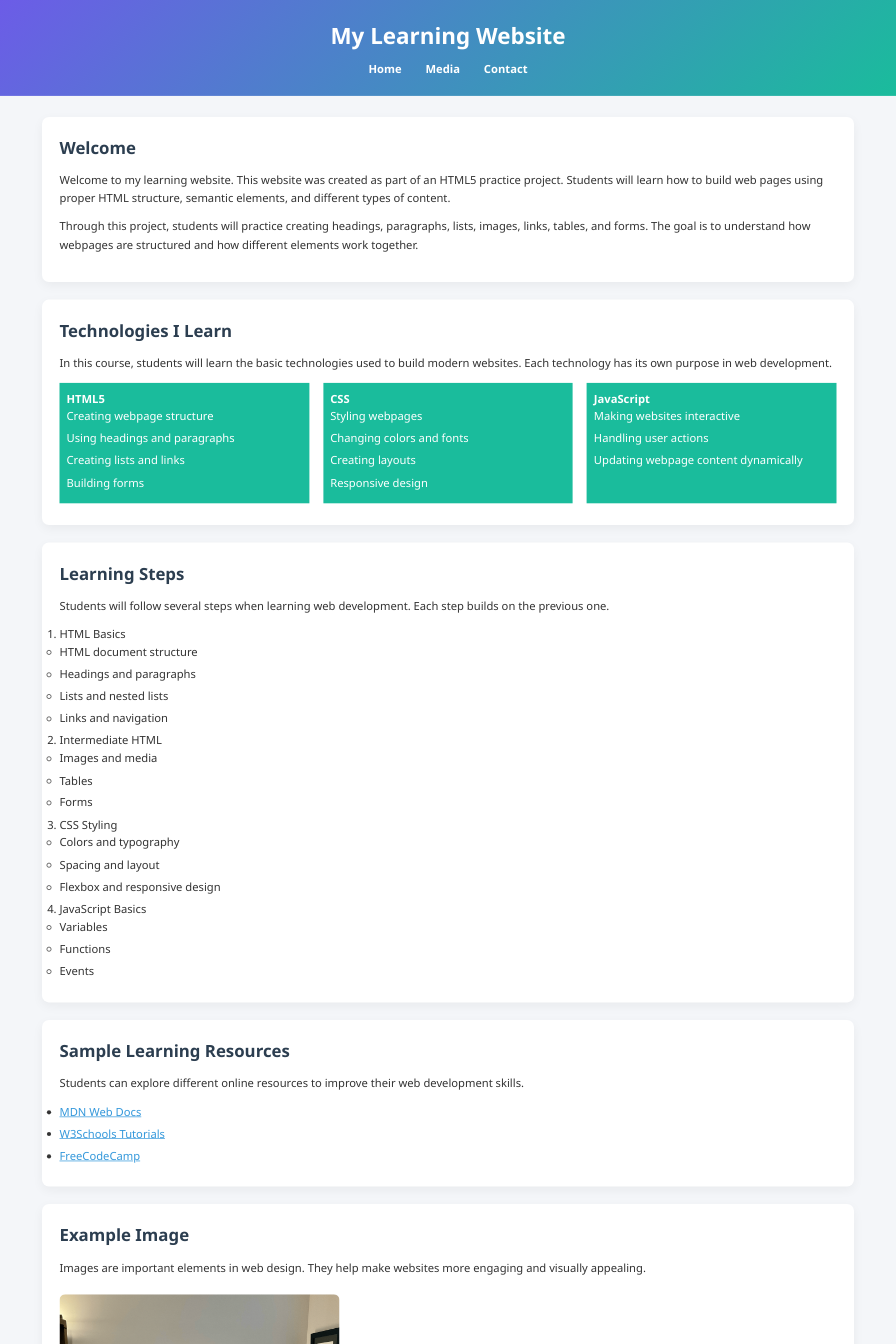
Repository: Than-sothearak/web_client_programing
Page: Week_03/index.html
The author's editor kept a copy of each file at every save. The page is drawn from the files as they stood at one save, then again after the next save.
The browser window is 1280 px wide. The pictures show the part of the page from y = 0 to 1920 px (the page is 2885 px tall), at 70% of full size.

Above is the page before, as saved 2026-03-24 21:20:12.

### Week_03/index.html
<!doctype html>
<html lang="en">
  <head>
    <meta charset="UTF-8" />
    <meta name="viewport" content="width=device-width, initial-scale=1.0" />
    <title>My Learning Website</title>
    <link rel="stylesheet" href="styles.css" />
  </head>

  <body>
    <header>
      <h1>My Learning Website</h1>

      <nav>
        <ul>
          <li><a href="index.html">Home</a></li>
          <li><a href="gallery.html">Media</a></li>
          <li><a href="contact.html">Contact</a></li>
        </ul>
      </nav>
    </header>

    <main>
      <section>
        <article>
          <h2>Welcome</h2>

          <p>
            Welcome to my learning website. This website was created as part of
            an HTML5 practice project. Students will learn how to build web
            pages using proper HTML structure, semantic elements, and different
            types of content.
          </p>

          <p>
            Through this project, students will practice creating headings,
            paragraphs, lists, images, links, tables, and forms. The goal is to
            understand how webpages are structured and how different elements
            work together.
          </p>
        </article>
      </section>

      <section>
        <h2>Technologies I Learn</h2>

        <p>
          In this course, students will learn the basic technologies used to
          build modern websites. Each technology has its own purpose in web
          development.
        </p>

        <ul class="card-container">
          <li class="card">
            <strong>HTML5</strong>
            <ul>
              <li>Creating webpage structure</li>
              <li>Using headings and paragraphs</li>
              <li>Creating lists and links</li>
              <li>Building forms</li>
            </ul>
          </li>

          <li class="card">
            <strong>CSS</strong>
            <ul>
              <li>Styling webpages</li>
              <li>Changing colors and fonts</li>
              <li>Creating layouts</li>
              <li>Responsive design</li>
            </ul>
          </li>

          <li class="card">
            <strong>JavaScript</strong>
            <ul>
              <li>Making websites interactive</li>
              <li>Handling user actions</li>
              <li>Updating webpage content dynamically</li>
            </ul>
          </li>
        </ul>
      </section>

      <section>
        <h2>Learning Steps</h2>

        <p>
          Students will follow several steps when learning web development. Each
          step builds on the previous one.
        </p>

        <ol>
          <li>
            HTML Basics
            <ul>
              <li>HTML document structure</li>
              <li>Headings and paragraphs</li>
              <li>Lists and nested lists</li>
              <li>Links and navigation</li>
            </ul>
          </li>

          <li>
            Intermediate HTML
            <ul>
              <li>Images and media</li>
              <li>Tables</li>
              <li>Forms</li>
            </ul>
          </li>

          <li>
            CSS Styling
            <ul>
              <li>Colors and typography</li>
              <li>Spacing and layout</li>
              <li>Flexbox and responsive design</li>
            </ul>
          </li>

          <li>
            JavaScript Basics
            <ul>
              <li>Variables</li>
              <li>Functions</li>
              <li>Events</li>
            </ul>
          </li>
        </ol>
      </section>

      <section>
        <h2>Sample Learning Resources</h2>

        <p>
          Students can explore different online resources to improve their web
          development skills.
        </p>

        <ul>
          <li>
            <a href="https://developer.mozilla.org" target="_blank">
              MDN Web Docs
            </a>
          </li>

          <li>
            <a href="https://www.w3schools.com" target="_blank">
              W3Schools Tutorials
            </a>
          </li>

          <li>
            <a href="https://www.freecodecamp.org" target="_blank">
              FreeCodeCamp
            </a>
          </li>
        </ul>
      </section>

      <section>
        <h2>Example Image</h2>

        <p>
          Images are important elements in web design. They help make websites
          more engaging and visually appealing.
        </p>

        <img src="../images/computer.png" alt="Computer setup" width="400" />
      </section>

      <section>
        <h2>Example Table</h2>

        <p>
          Tables are useful for displaying structured information such as
          schedules, scores, or product lists.
        </p>

        <table>
          <tr>
            <th>Topic</th>
            <th>Description</th>
            <th>Difficulty</th>
          </tr>

          <tr>
            <td>HTML</td>
            <td>Structure of webpages</td>
            <td>Beginner</td>
          </tr>

          <tr>
            <td>CSS</td>
            <td>Styling webpages</td>
            <td>Beginner</td>
          </tr>

          <tr>
            <td>JavaScript</td>
            <td>Web interactivity</td>
            <td>Intermediate</td>
          </tr>
        </table>
      </section>

      <aside>
        <h3>Tips for Students</h3>

        <p>
          Always organize your HTML code properly. Use indentation so that your
          code is easy to read and maintain.
        </p>

        <p>
          Try experimenting with different HTML elements and attributes.
          Practice is the best way to learn web development.
        </p>
      </aside>
    </main>

    <footer>
      <p>© 2026 Student Learning Website</p>
    </footer>
  </body>
</html>

### Week_03/styles.css
/* Reset basic spacing */

/* Reset */

* {
  margin: 0;
  padding: 0;
  box-sizing: border-box;
}

/* Body */

body {
  font-family: "Segoe UI", Arial, sans-serif;
  background: #f4f6f9;
  color: #333;
  line-height: 1.6;
}

/* Header */

header {
  background: linear-gradient(135deg, #6c5ce7, #1abc9c);
  color: white;
  padding: 25px 20px;
  text-align: center;
}

/* Navigation */

nav ul {
  list-style: none;
  margin-top: 10px;
}

nav ul li {
  display: inline-block;
  margin: 0 15px;
}

nav a {
  color: white;
  text-decoration: none;
  font-weight: 600;
  transition: 0.3s;
}

nav a:hover {
  color: #1abc9c;
}

/* Main container */

main {
  max-width: 1200px;
  margin: auto;
  padding: 30px 20px;
}

/* Section cards */

section {
  background: white;
  padding: 25px;
  margin-bottom: 25px;
  border-radius: 10px;
  box-shadow: 0 5px 15px rgba(0, 0, 0, 0.05);
}

/* Headings */

h1 {
  font-size: 32px;
  margin-bottom: 10px;
}

h2 {
  margin-bottom: 15px;
  color: #2c3e50;
}

h3 {
  margin-bottom: 10px;
}

/* Paragraph */

p {
  margin-bottom: 15px;
}

/* Lists */

.card-container {
  display: flex;
  gap: 20px;

}

.card-container li {
  list-style: none;
}

.card {
  width: 100%;
  padding: 10px;
  color: white;
  background-color: #1abc9c;
}

li {
  margin-bottom: 6px;
}

/* Links */

a {
  color: #3498db;
}

a:hover {
  text-decoration: underline;
}

/* Image styling */

img {
  max-width: 100%;
  height: auto;
  border-radius: 8px;
  margin-top: 10px;
}

/* Table */

table {
  width: 100%;
  border-collapse: collapse;
  margin-top: 10px;
}

th,
td {
  padding: 12px;
  text-align: left;
  border-bottom: 1px solid #ddd;
}

th {
  background: #1abc9c;
  color: white;
}

tr:hover {
  background: #f1f1f1;
}

/* Aside */

aside {
  background: #ecf0f1;
  padding: 20px;
  border-left: 5px solid #1abc9c;
  border-radius: 8px;
  margin-bottom: 25px;
}

/* Footer */

footer {
  text-align: center;
  background: #1abc9c;
  color: white;
  padding: 15px;
  margin-top: 20px;
}

/* Responsive Design */

@media (max-width: 768px) {
  nav ul li {
    display: block;
    margin: 10px 0;
  }

  main {
    padding: 20px 15px;
  }

  h1 {
    font-size: 26px;
  }
}

.images-gallery {
  width: 100%;
  display: flex;
  flex-wrap: wrap;
  gap: 20px;
}

.images-gallery figure {
  flex: 1 1 calc(50% - 20px);
}

.images-gallery img {
  width: 100%;
  height: auto;
}

figcaption {
  margin-top: 8px;
  font-size: 14px;
  color: #555;
}

@media (max-width: 768px) {
  .images-gallery {
    flex-direction: column;
    align-items: center;
  }


}

After the next save:
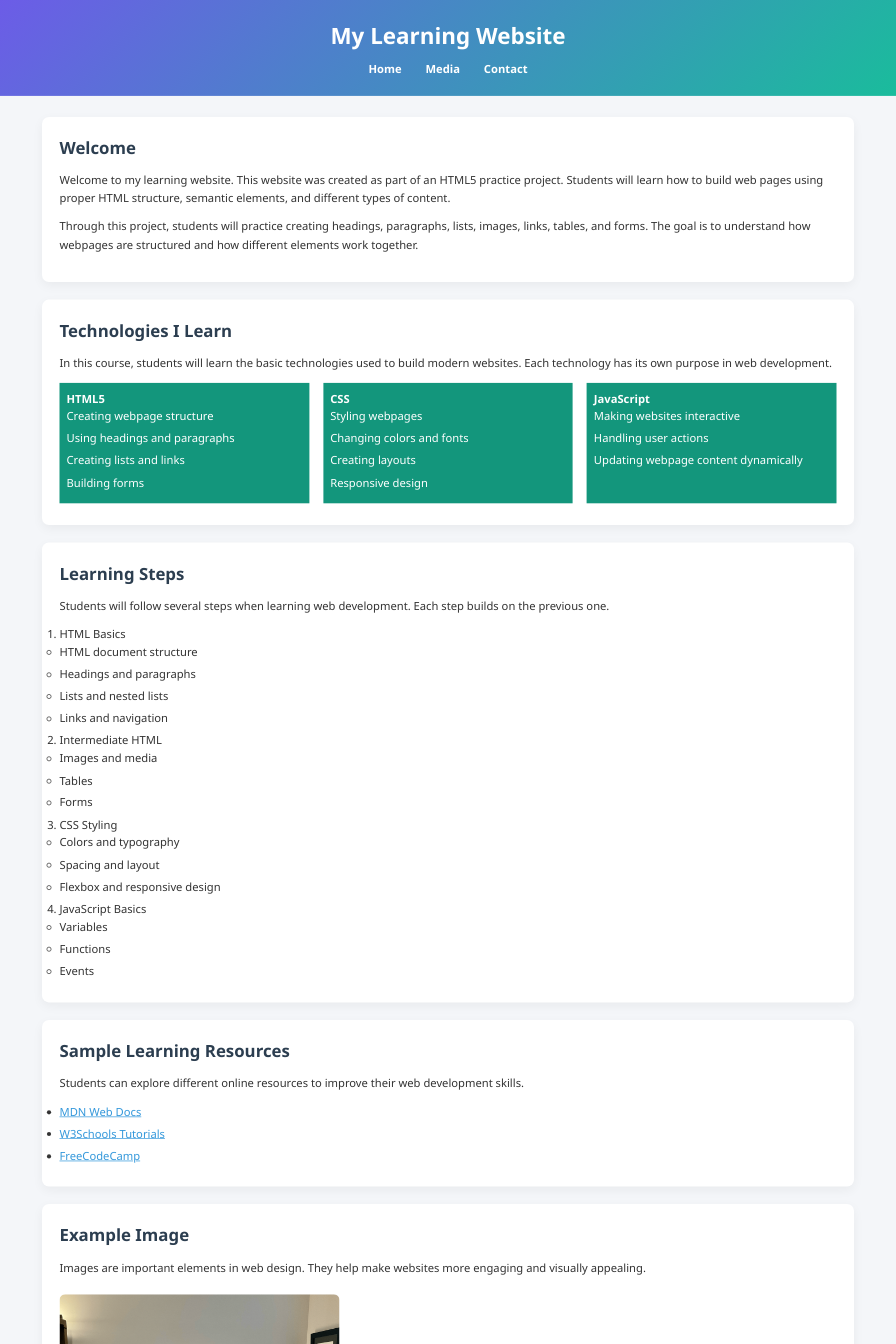
Saved 8 s later.
--- a/Week_03/styles.css
+++ b/Week_03/styles.css
@@ -105,7 +105,7 @@ p {
   width: 100%;
   padding: 10px;
   color: white;
-  background-color: #1abc9c;
+  background-color: #13967c;
 }
 
 li {
